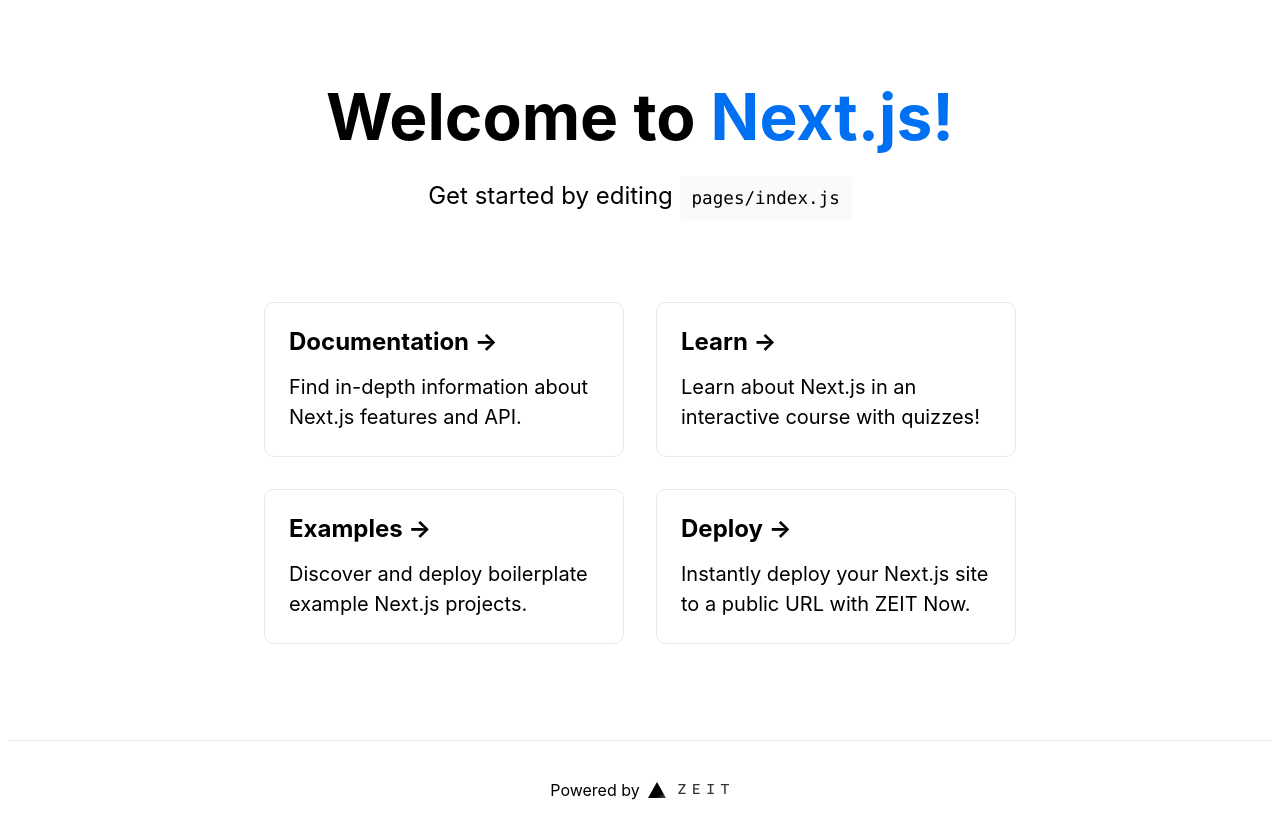
Repository: SJhang/duruwa
Page: /
An editor plug-in stored every save of this project. The page is shown before and after the next save, followed by the edit.
The browser window is 1280 px wide. The pictures show the whole page.
The project was rebuilt for these pictures with package versions that can differ from the ones it lists, and the page was loaded fresh each time. Some packages were replaced by stand-ins written for this rebuild. The framework's server and built-in components were replaced by stand-ins that run in the browser. Also part of the build but not shown: next.config.js.

Above is the page before, as saved 2020-04-17 23:49:43.

### pages/index.js
import Head from 'next/head'
import '../styles/'
export default function Home() {
  return (
    <div className="container">
      <Head>
        <title>Create Next App</title>
        <link rel="icon" href="/favicon/favicon.ico" />
      </Head>

      <main>
        <h1 className="title">
          Welcome to <a href="https://nextjs.org">Next.js!</a>
        </h1>

        <p className="description">
          Get started by editing <code>pages/index.js</code>
        </p>

        <div className="grid">
          <a href="https://nextjs.org/docs" className="card">
            <h3>Documentation &rarr;</h3>
            <p>Find in-depth information about Next.js features and API.</p>
          </a>

          <a href="https://nextjs.org/learn" className="card">
            <h3>Learn &rarr;</h3>
            <p>Learn about Next.js in an interactive course with quizzes!</p>
          </a>

          <a
            href="https://github.com/zeit/next.js/tree/master/examples"
            className="card"
          >
            <h3>Examples &rarr;</h3>
            <p>Discover and deploy boilerplate example Next.js projects.</p>
          </a>

          <a
            href="https://zeit.co/import?filter=next.js&utm_source=create-next-app&utm_medium=default-template&utm_campaign=create-next-app"
            className="card"
          >
            <h3>Deploy &rarr;</h3>
            <p>
              Instantly deploy your Next.js site to a public URL with ZEIT Now.
            </p>
          </a>
        </div>
      </main>

      <footer>
        <a
          href="https://zeit.co?utm_source=create-next-app&utm_medium=default-template&utm_campaign=create-next-app"
          target="_blank"
          rel="noopener noreferrer"
        >
          Powered by <img src="/zeit.svg" alt="ZEIT Logo" />
        </a>
      </footer>

      <style jsx>{`
        .container {
          min-height: 100vh;
          padding: 0 0.5rem;
          display: flex;
          flex-direction: column;
          justify-content: center;
          align-items: center;
        }

        main {
          padding: 5rem 0;
          flex: 1;
          display: flex;
          flex-direction: column;
          justify-content: center;
          align-items: center;
        }

        footer {
          width: 100%;
          height: 100px;
          border-top: 1px solid #eaeaea;
          display: flex;
          justify-content: center;
          align-items: center;
        }

        footer img {
          margin-left: 0.5rem;
        }

        footer a {
          display: flex;
          justify-content: center;
          align-items: center;
        }

        a {
          color: inherit;
          text-decoration: none;
        }

        .title a {
          color: #0070f3;
          text-decoration: none;
        }

        .title a:hover,
        .title a:focus,
        .title a:active {
          text-decoration: underline;
        }

        .title {
          margin: 0;
          line-height: 1.15;
          font-size: 4rem;
        }

        .title,
        .description {
          text-align: center;
        }

        .description {
          line-height: 1.5;
          font-size: 1.5rem;
        }

        code {
          background: #fafafa;
          border-radius: 5px;
          padding: 0.75rem;
          font-size: 1.1rem;
          font-family: Menlo, Monaco, Lucida Console, Liberation Mono,
            DejaVu Sans Mono, Bitstream Vera Sans Mono, Courier New, monospace;
        }

        .grid {
          display: flex;
          align-items: center;
          justify-content: center;
          flex-wrap: wrap;

          max-width: 800px;
          margin-top: 3rem;
        }

        .card {
          margin: 1rem;
          flex-basis: 45%;
          padding: 1.5rem;
          text-align: left;
          color: inherit;
          text-decoration: none;
          border: 1px solid #eaeaea;
          border-radius: 10px;
          transition: color 0.15s ease, border-color 0.15s ease;
        }

        .card:hover,
        .card:focus,
        .card:active {
          color: #0070f3;
          border-color: #0070f3;
        }

        .card h3 {
          margin: 0 0 1rem 0;
          font-size: 1.5rem;
        }

        .card p {
          margin: 0;
          font-size: 1.25rem;
          line-height: 1.5;
        }

        @media (max-width: 600px) {
          .grid {
            width: 100%;
            flex-direction: column;
          }
        }
      `}</style>

      <style jsx global>{`
        html,
        body {
          padding: 0;
          margin: 0;
          font-family: -apple-system, BlinkMacSystemFont, Segoe UI, Roboto,
            Oxygen, Ubuntu, Cantarell, Fira Sans, Droid Sans, Helvetica Neue,
            sans-serif;
        }

        * {
          box-sizing: border-box;
        }
      `}</style>
    </div>
  )
}

### tailwind.config.js
module.exports = {
  theme: {
    extend: {
      colors: {
        'accent-1': '#FAFAFA',
        'accent-2': '#EAEAEA',
        'accent-7': '#333',
        success: '#0070f3',
        cyan: '#79FFE1',
      },
      spacing: {
        28: '7rem',
      },
      letterSpacing: {
        tighter: '-.04em',
      },
      lineHeight: {
        tight: 1.2,
      },
      fontSize: {
        '5xl': '2.5rem',
        '6xl': '2.75rem',
        '7xl': '4.5rem',
        '8xl': '6.25rem',
      },
      boxShadow: {
        small: '0 5px 10px rgba(0, 0, 0, 0.12)',
        medium: '0 8px 30px rgba(0, 0, 0, 0.12)',
      },
    },
  },
}

Loaded but not shown: styles/index.css (common file)

After the next save:
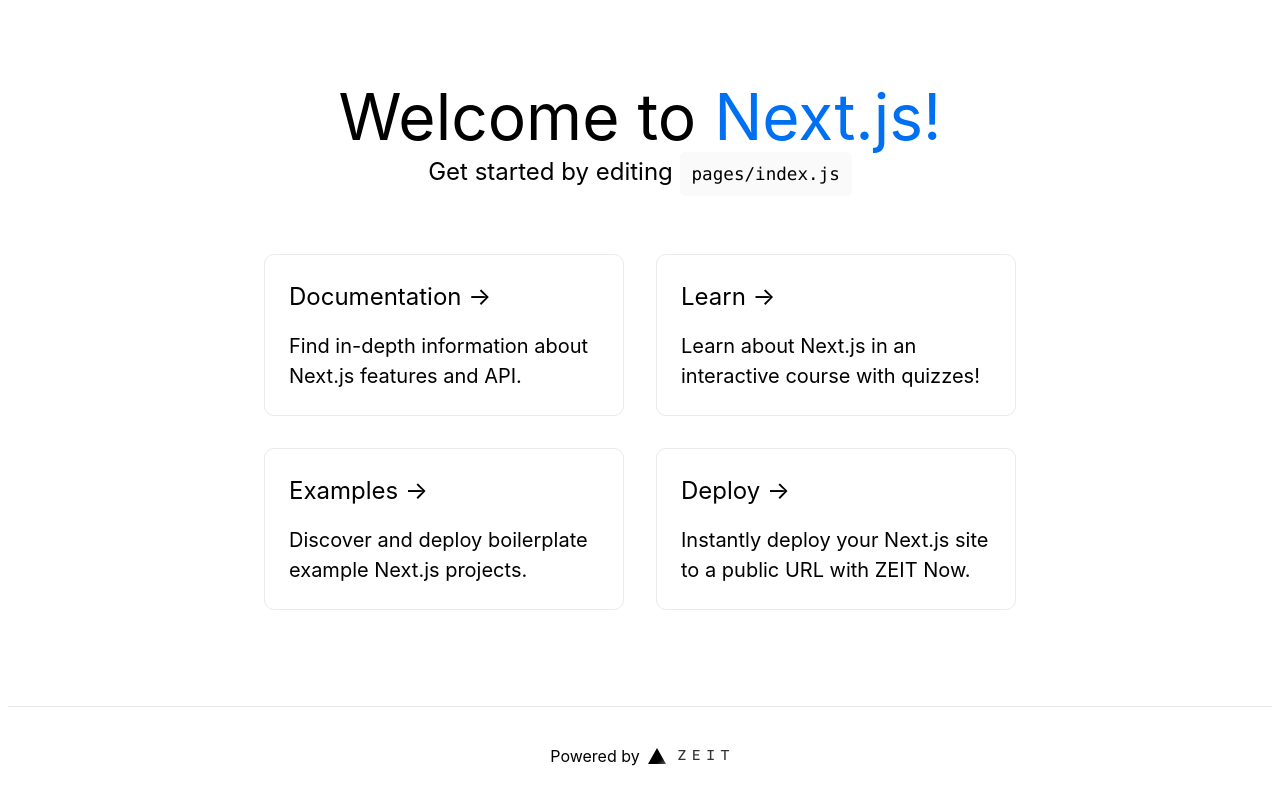
Saved 4 s later.
--- a/pages/index.js
+++ b/pages/index.js
@@ -1,5 +1,6 @@
-import Head from 'next/head'
-import '../styles/'
+import Head from 'next/head';
+import '../styles/index.css';
+
 export default function Home() {
   return (
     <div className="container">

After the 2 saves that followed:
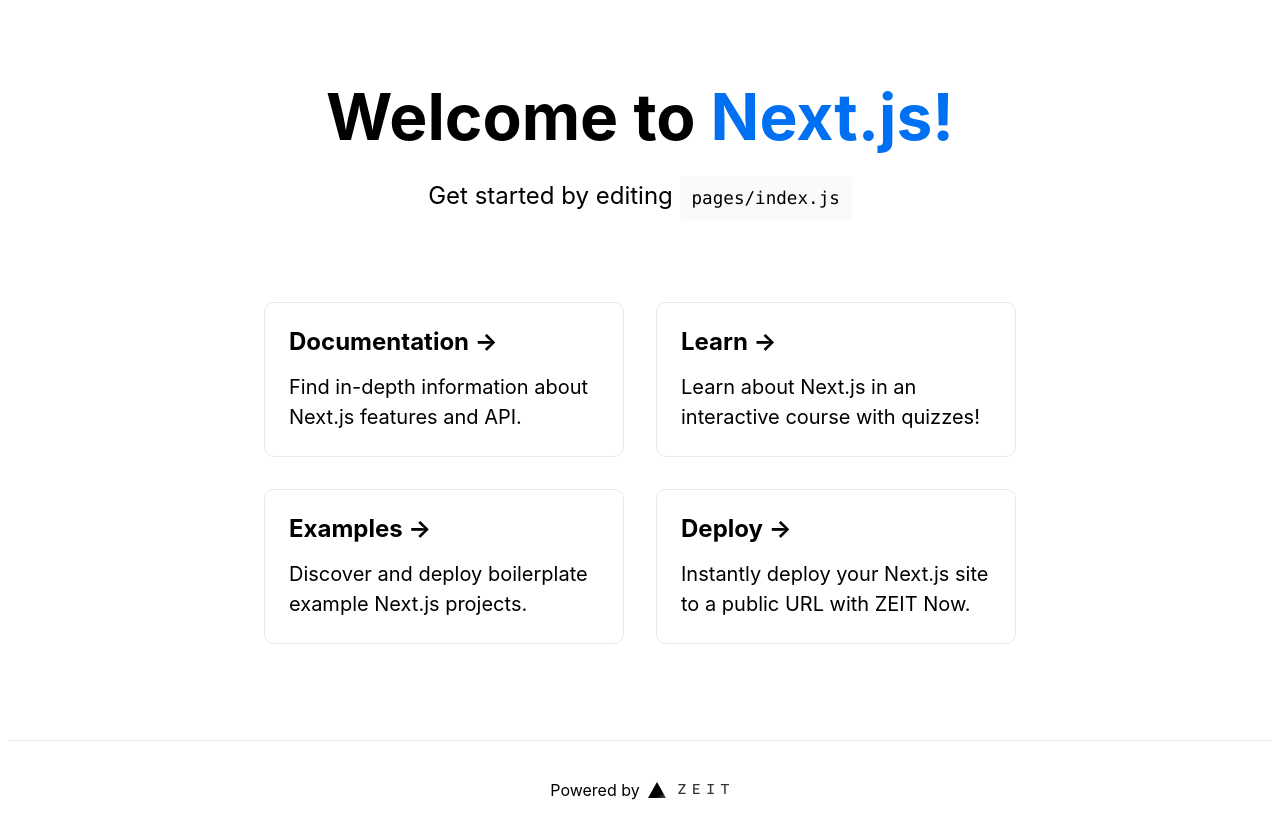
The 2 saves are shown as one change because they came seconds apart.
The last was saved 59 s later.
--- a/pages/index.js
+++ b/pages/index.js
@@ -1,5 +1,4 @@
 import Head from 'next/head';
-import '../styles/index.css';
 
 export default function Home() {
   return (
